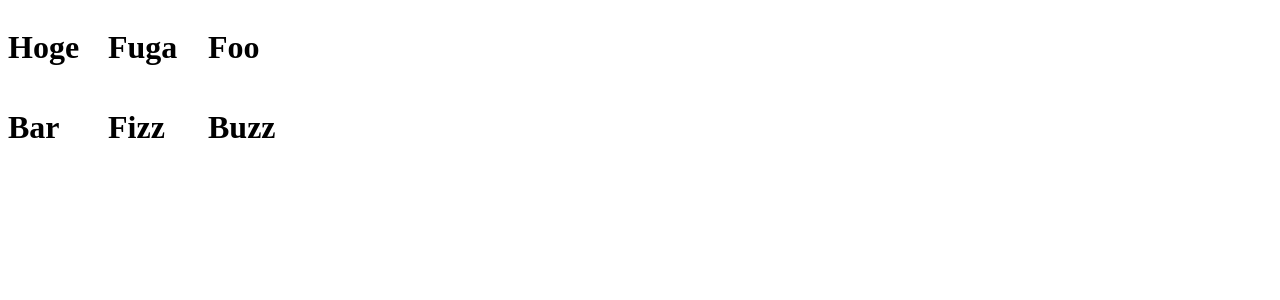
Repository: xki7-ko/samurai_HTML-CSS
Page: index.html
The author's editor kept a record of every edit. The page is drawn from the files as they stood at one moment, then again after the next edit.
The browser window is 1280 px wide. The pictures show the whole page.

Above is the page before.

After the next edit:
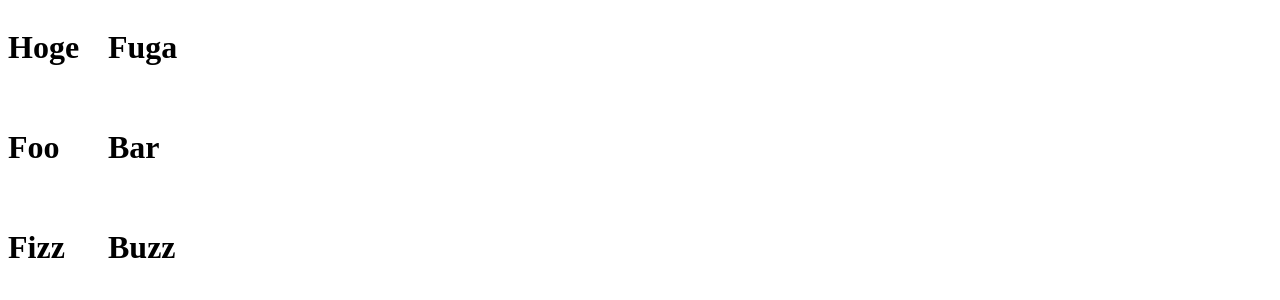
The edit:
--- a/index.html
+++ b/index.html
@@ -3,7 +3,8 @@
         <style>
            #grid{
                display: grid;
-               grid-template-columns: 100px 100px 100px;
+               grid-template-columns: 100px 100px;
+               grid-template-rows: 100px 100px ;
            }
         </style>
     </head>
